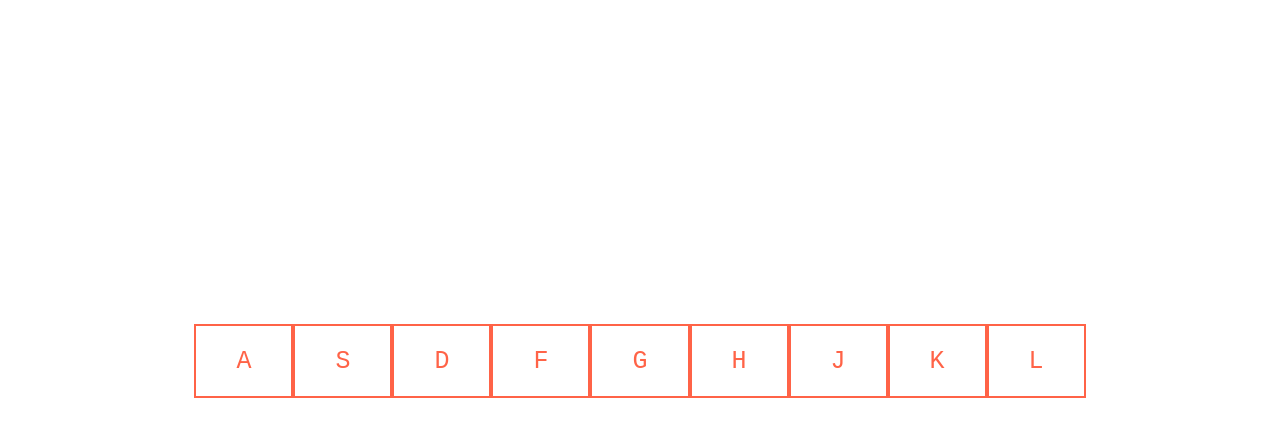
Repository: ritikalohia/Javascript_miniProjects
Page: Project_1/index.html
An editor plug-in stored every save of this project. The page is shown before and after the next save, followed by the edit.
The browser window is 1280 px wide. The pictures show the whole page.

Above is the page before, as saved 2021-06-03 20:17:44.

### Project_1/index.html
<!DOCTYPE html>
<html lang="en">
<head>
    <meta charset="UTF-8">
    <meta http-equiv="X-UA-Compatible" content="IE=edge">
    <meta name="viewport" content="width=device-width, initial-scale=1.0">
    <title>Document</title>
    <style>
        body{
            margin: 0;
            display: flex;
            align-items: center;
            justify-content: center;
        }
        .keys{
            display: flex;
            top: 45%;
            position: absolute;
        }
        .sound{
            display: none;
        }

        .key{
            border: 2px solid tomato;
            background: none;
            color: tomato;
            padding: 20px 40px;
            font-size: 25px;
            text-transform: uppercase;
            cursor: pointer;
        }

    </style>
</head>
<body>

    <div class="keys">
        <div data-key="65" class="key">
            <kbd>A</kbd>
            <span class="sound">clap</span>
        </div>
        <div data-key="83" class="key">
            <kbd>S</kbd>
            <span class="sound">hihat</span>
        </div>
        <div data-key="68" class="key">
            <kbd>D</kbd>
            <span class="sound">kick</span>
        </div>
        <div data-key="70" class="key">
            <kbd>F</kbd>
            <span class="sound">openhat</span>
        </div>
        <div data-key="71" class="key">
            <kbd>G</kbd>
            <span class="sound">boom</span>
        </div>
        <div data-key="72" class="key">
            <kbd>H</kbd>
            <span class="sound">ride</span>
        </div>
        <div data-key="74" class="key">
            <kbd>J</kbd>
            <span class="sound">snare</span>
        </div>
        <div data-key="75" class="key">
            <kbd>K</kbd>
            <span class="sound">tom</span>
        </div>
        <div data-key="76" class="key">
            <kbd>L</kbd>
            <span class="sound">tink</span>
        </div>
    </div>

    <audio data-key="65" src="sounds/clap.wav"></audio>
    <audio data-key="83" src="sounds/hihat.wav"></audio>
    <audio data-key="68" src="sounds/kick.wav"></audio>
    <audio data-key="70" src="sounds/openhat.wav"></audio>
    <audio data-key="71" src="sounds/boom.wav"></audio>
    <audio data-key="72" src="sounds/ride.wav"></audio>
    <audio data-key="74" src="sounds/snare.wav"></audio>
    <audio data-key="75" src="sounds/tom.wav"></audio>
    <audio data-key="76" src="sounds/tink.wav"></audio>

    <script>
        window.addEventListener('keydown', function(e){
            console.log(e);
        });
    </script>
</body>
</html>

After the next save:
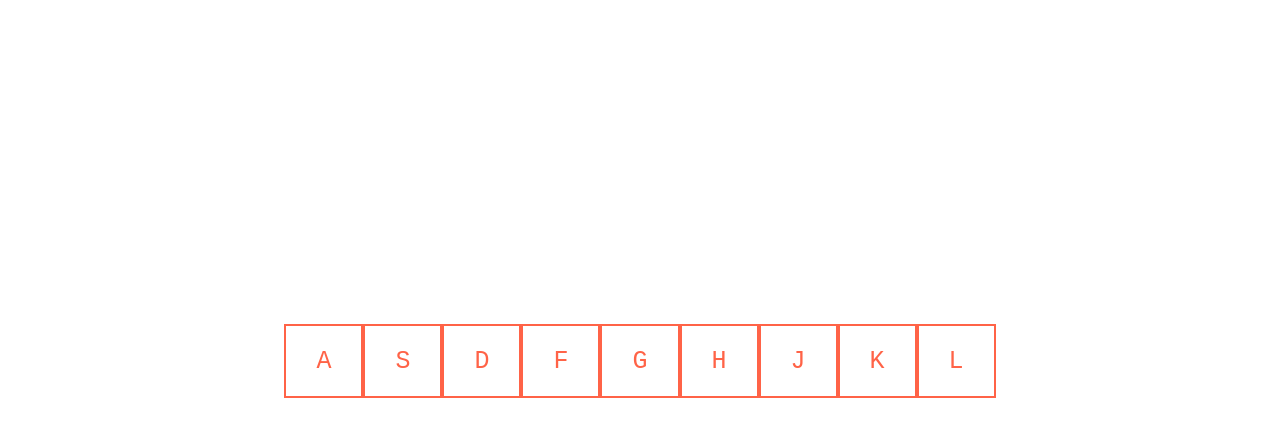
Saved 10 s later.
--- a/Project_1/index.html
+++ b/Project_1/index.html
@@ -25,7 +25,7 @@
             border: 2px solid tomato;
             background: none;
             color: tomato;
-            padding: 20px 40px;
+            padding: 20px 30px;
             font-size: 25px;
             text-transform: uppercase;
             cursor: pointer;
